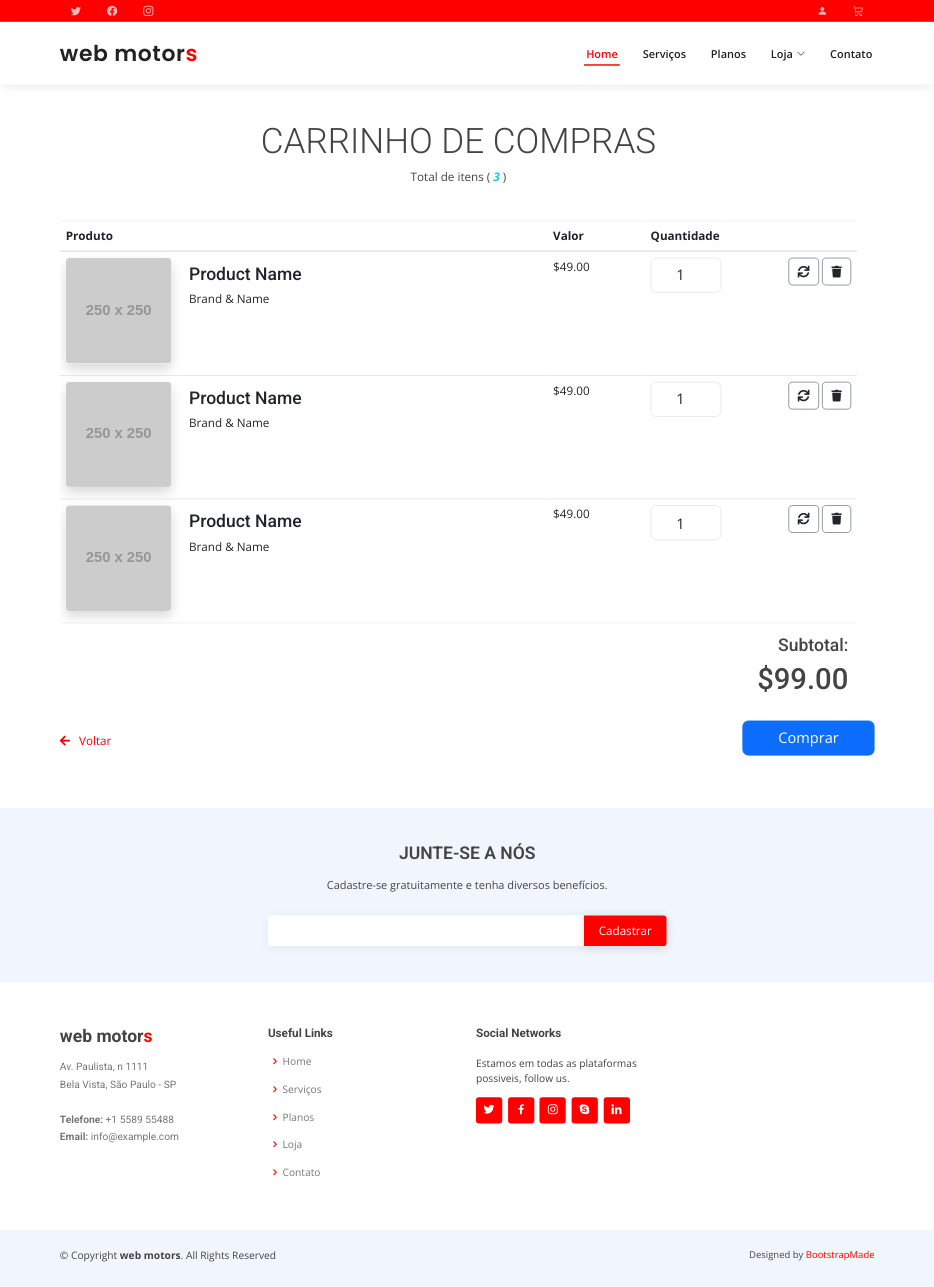
Repository: 01nethy/WebMotors
Page: cart.html
The author's editor kept a copy of each file at every save. The page is drawn from the files as they stood at one save, then again after the next save.
The browser window is 1280 px wide. The pictures show the whole page, at 73% of full size.
Some web libraries are served in a nearby version.

Above is the page before, as saved 2023-10-07 20:39:15.
Console error: TypeError: Cannot read properties of undefined (reading 'fn')

After the next save:
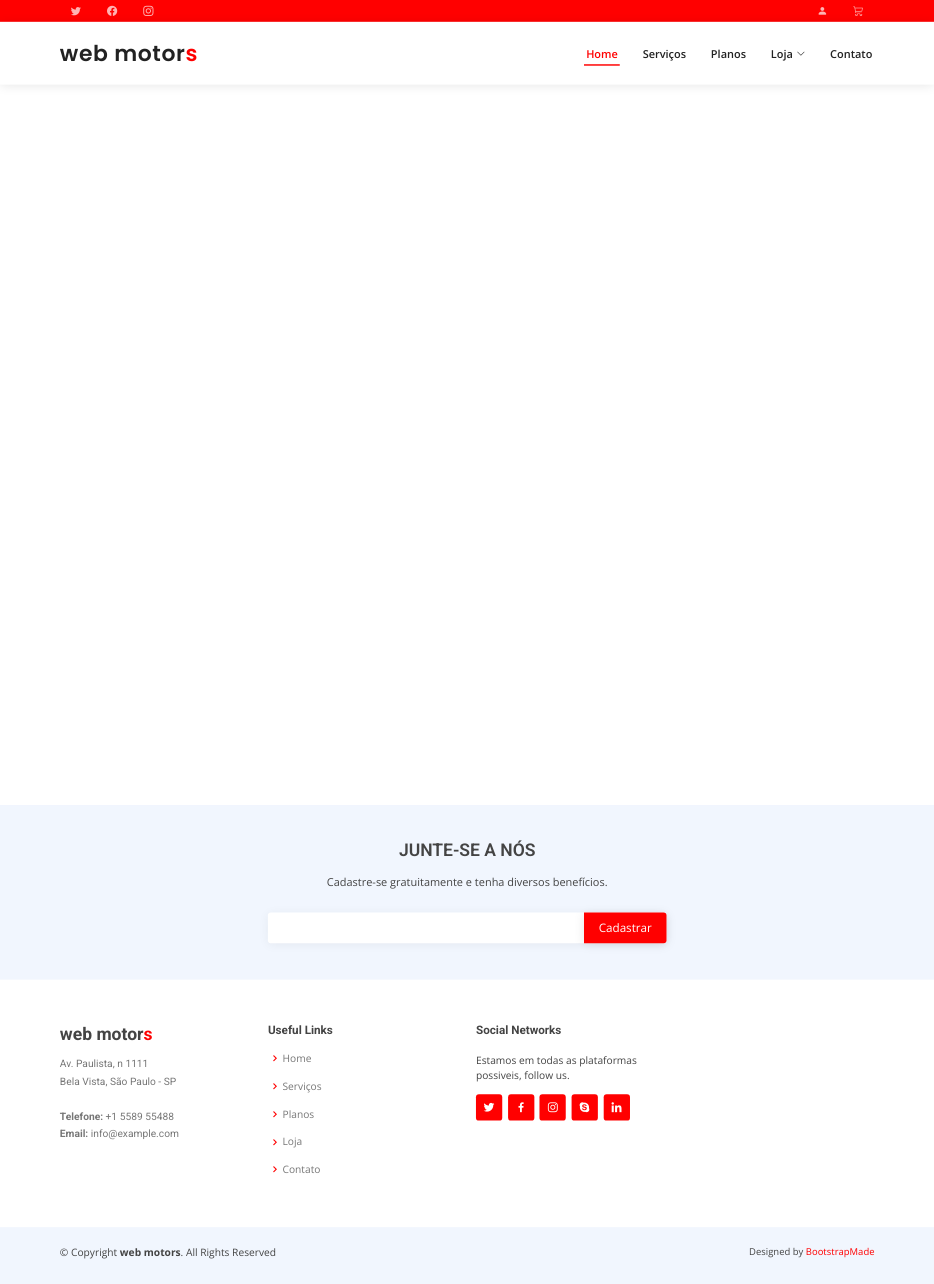
Saved 3 min 46 s later.
--- a/cart.html
+++ b/cart.html
@@ -83,7 +83,10 @@
 
     </div>
   </header>
-
+  <main id="main" data-aos="fade-up">
+    <!-- ======= Breadcrumbs ======= -->
+    <section class="breadcrumbs">
+      <div class="container">
     <section class="pt-5 pb-5">
         <div class="container">
           <div class="row w-100">
@@ -205,9 +208,10 @@
           </div>
       </div>
       </section>
-
-      <!-- ======= Footer ======= -->
-  <footer id="footer">
+    </main>
+
+<!-- ======= Footer ======= -->
+<footer id="footer">
     <div class="footer-newsletter">
       <div class="container">
         <div class="row justify-content-center">
@@ -277,8 +281,6 @@
         Designed by <a href="https://bootstrapmade.com/">BootstrapMade</a>
       </div>
     </div>
-  </footer>
-
-
+</footer>
 </body>
 </html>
